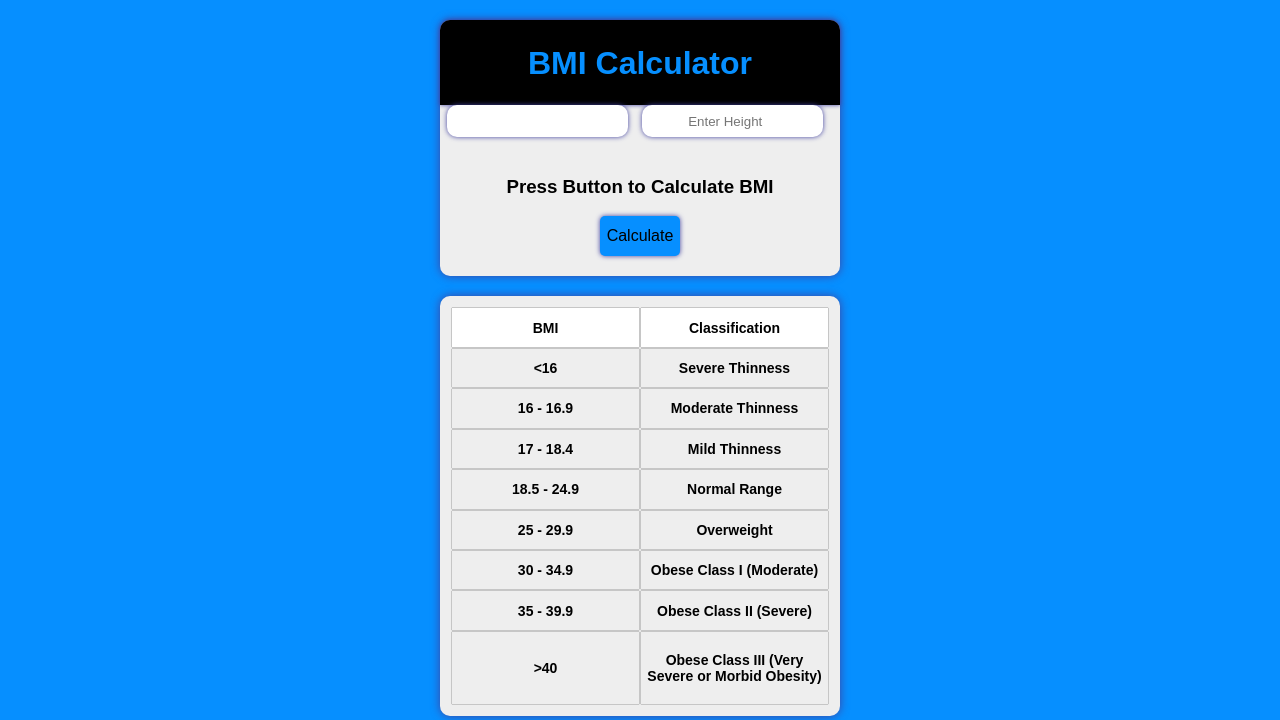
Repository: shayanabedi98/bmi-calculator
Page: index.html
These files come from the project's save history. The page is drawn as it stood at one moment and after the next save; the edit follows.
The browser window is 1280 px wide. The pictures show the whole page.

Above is the page before, as saved 2023-07-24 18:34:09.

After the next save:
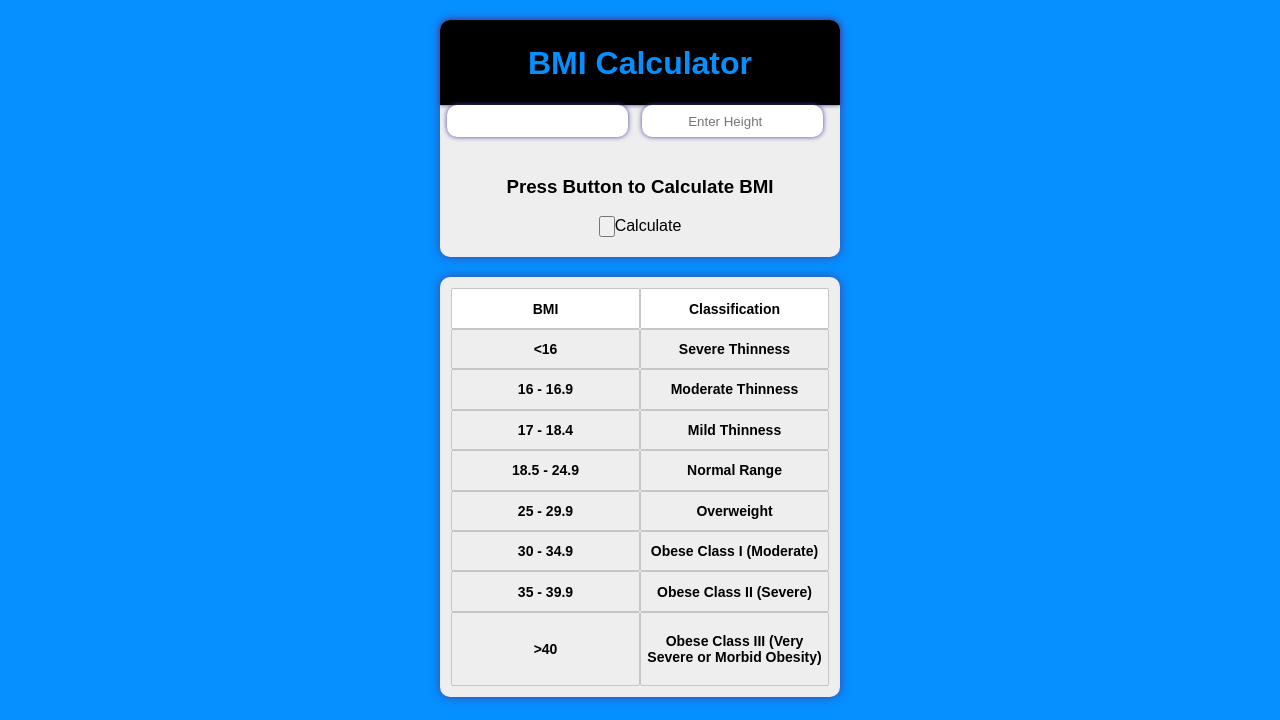
Saved 3 min 6 s later.
--- a/index.html
+++ b/index.html
@@ -21,7 +21,7 @@
                     <input type="radio" name="height"><span>feet</span> -->
                 <div class="result">
                     <h3>Press Button to Calculate BMI</h3>
-                    <button onclick="calc()" class="calculate">Calculate</button>
+                    <input onclick="calc()" type="button" class="calculate">Calculate</button>
                 </div>
             </div>
         </div>

After the save that followed:
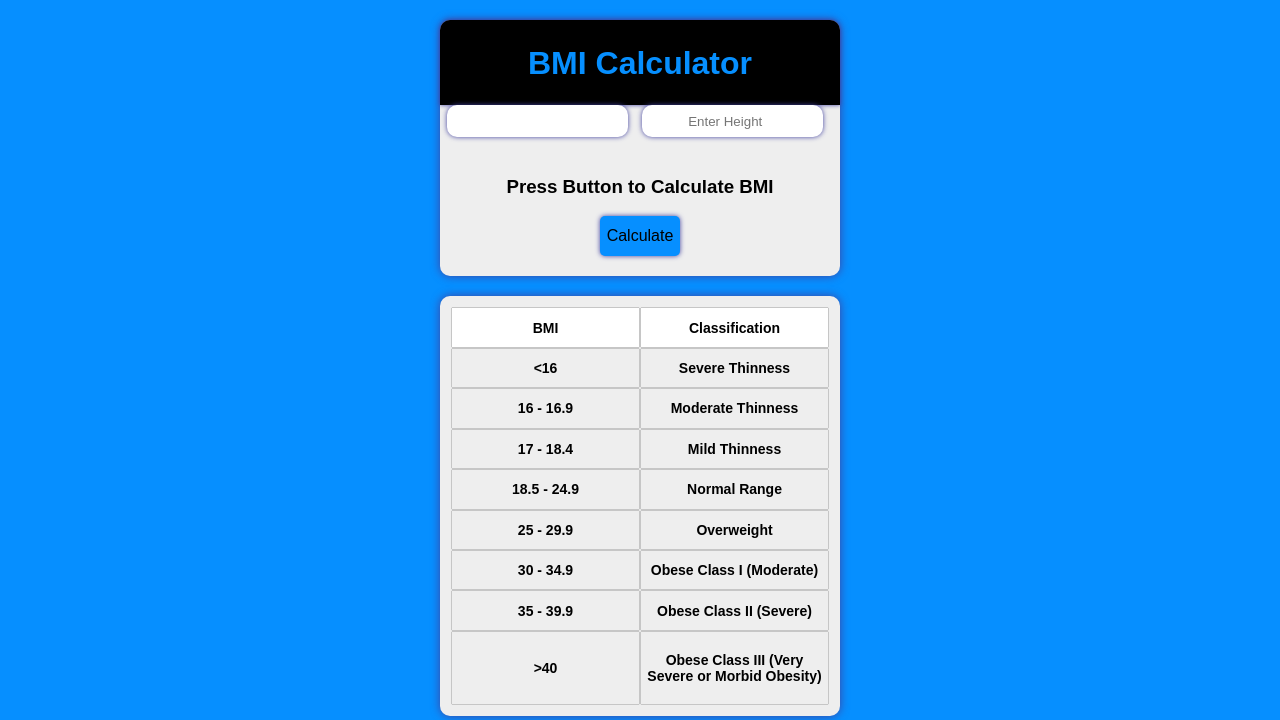
Saved 12 s later.
--- a/index.html
+++ b/index.html
@@ -21,7 +21,7 @@
                     <input type="radio" name="height"><span>feet</span> -->
                 <div class="result">
                     <h3>Press Button to Calculate BMI</h3>
-                    <input onclick="calc()" type="button" class="calculate">Calculate</button>
+                    <button onclick="calc()" class="calculate">Calculate</button>
                 </div>
             </div>
         </div>
